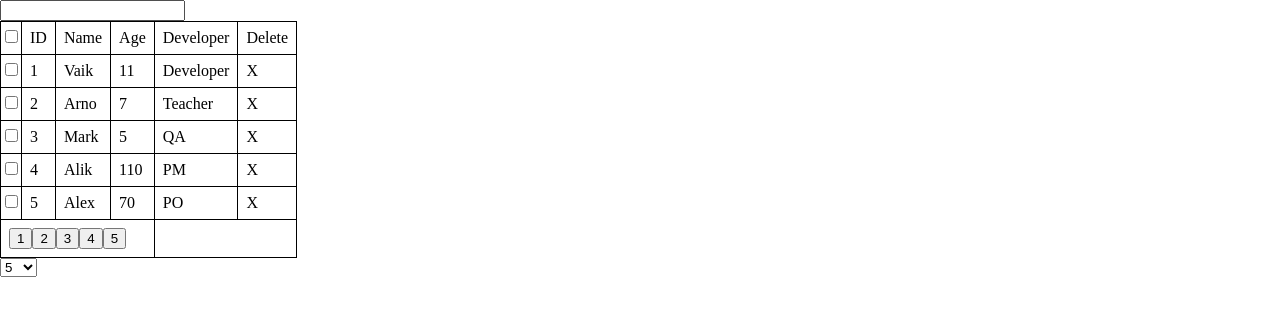
Repository: ArusyakAghajanyan/dataTable
Page: Js/index.html
An editor plug-in stored every save of this project. The page is shown before and after a run of saves, followed by the edit.
The browser window is 1280 px wide. The pictures show the whole page.

Above is the page before, as saved 2022-08-16 16:11:20.

After the next 2 saves:
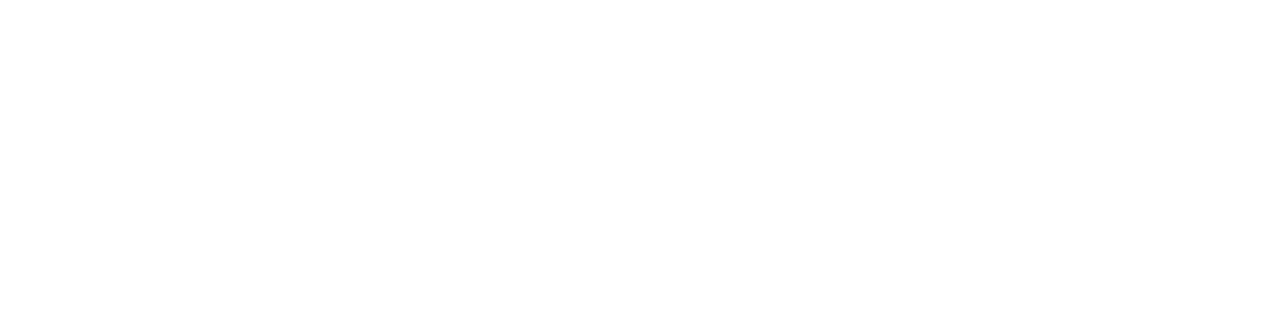
Console error (its wording comes from the project's code and is left out).
The 2 saves are shown as one change because they came seconds apart.
The last was saved 17 s later.
--- a/Js/assets/js/DataTable.js
+++ b/Js/assets/js/DataTable.js
@@ -73,8 +73,14 @@
          this.$thDelete && this.$thDelete.remove();
 
        }
-
      });
+
+     if (this.selectedData.length) {
+      this.$selectedDataButton && this.$selectedDataButton.remove();
+      this.#selectedDatas();
+  }
+
+console.log(this.selectedData);
     })
 
     const $thDelete = document.createElement('th');

After the 5 saves that followed:
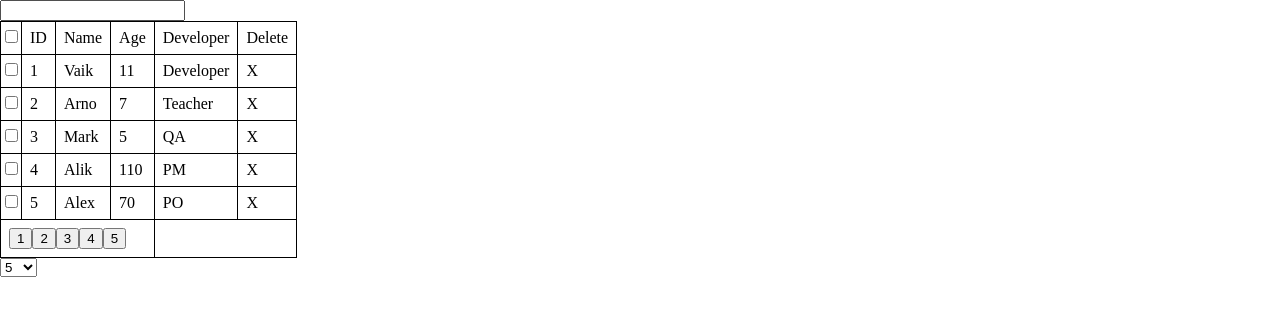
The error is gone.
The 5 saves are shown as one change because 3 left the picture as it was and some came seconds apart.
The last was saved 76 s later.
--- a/Js/assets/js/DataTable.js
+++ b/Js/assets/js/DataTable.js
@@ -76,8 +76,8 @@
      });
 
      if (this.selectedData.length) {
-      this.$selectedDataButton && this.$selectedDataButton.remove();
-      this.#selectedDatas();
+      this.$thDelete && this.$thDelete.remove();
+
   }
 
 console.log(this.selectedData);
